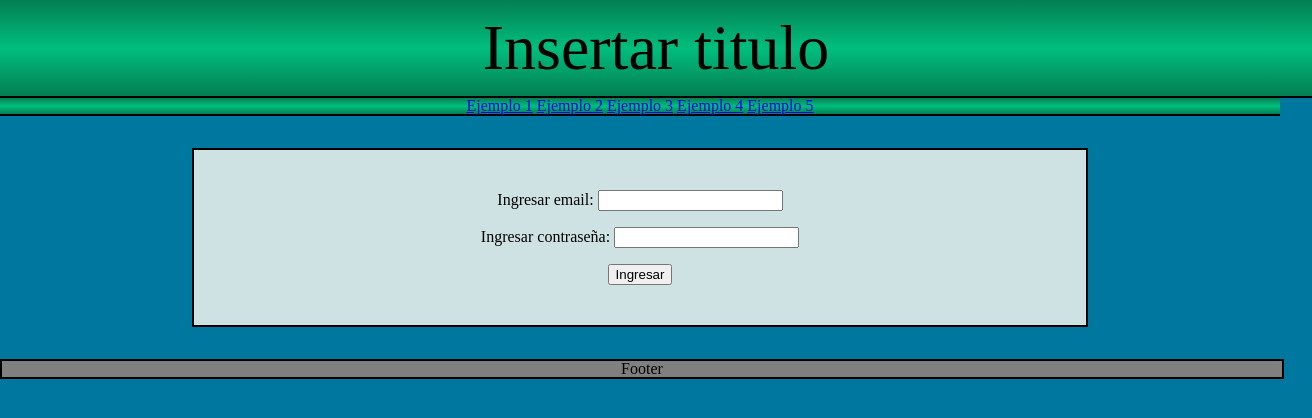
Repository: FacundoKinderknecht/Parcial-2-LPPA
Page: login/login.html
The author's editor kept a copy of each file at every save. The page is drawn from the files as they stood at one save, then again after the next save.
The browser window is 1280 px wide. The page is 1312 px wide, so the pictures cover 1312 px, including what lies to the right of the window. The pictures show the whole page.

Above is the page before, as saved 2022-07-06 10:23:29.

### login/login.html
<!DOCTYPE html>
<html lang="en">
<head>
    <meta charset="UTF-8">
    <meta http-equiv="X-UA-Compatible" content="IE=edge">
    <meta name="viewport" content="width=device-width, initial-scale=1.0">
    <title>Document</title>
    <link rel="stylesheet" href="/reset.css">
    <link rel="stylesheet" href="/login/login.css">
    <script src="/login/login.js"></script>
</head>
<body>
    <header>
        <h1>Insertar titulo</h1>
    </header>
    <nav>
        <li>
            <a href="#">Ejemplo 1</a>
            <a href="#">Ejemplo 2</a>
            <a href="#">Ejemplo 3</a>
            <a href="#">Ejemplo 4</a>
            <a href="#">Ejemplo 5</a>
        </li>
    </nav>
    <main>
        <form>
            <div class="email">
                <label for="email">Ingresar email:</label>
                <input type="text" name="email" id="email">
            </div>
            <div class="contraseña">
                <label for="contraseña">Ingresar contraseña:</label>
                <input type="password" name="contraseña" id="contraseña">
            </div>
            <div class="boton">
                <input type="submit" value="Ingresar">
            </div>
        </form>
    </main>
    <footer>
        <p>Footer</p>
    </footer>
</body>
</html>

### login/login.css
header{
    width: 100%;
    border-bottom: black 2px solid;
    padding: 1rem;
    font-size: 400%;
    background: linear-gradient(to top, rgb(4, 126, 83), rgb(0, 190, 126), rgb(4, 126, 83));
}
nav{
    background: linear-gradient(to top, rgb(4, 126, 83), rgb(0, 190, 126), rgb(4, 126, 83));
    display: block;
    border-bottom: black 2px solid;
    text-decoration: none;
}
li{
    text-decoration: none;
    list-style: none;
    color: black;
}
body{
    background-color: rgb(0, 119, 159);
    height: 100%;
    align-items: center;
    text-align: center;
    margin: 0;
}
main{
    display: inline-block;
    width: 70%;
    padding: 2rem;
}
form{
    background-color: rgb(207, 226, 227);  border: black solid 2px;
    padding: 2rem;
}
div{
    padding: 0.5rem;
}
footer{
    border: 2px solid black;
    background-color: grey;
    bottom: 0;
    width: 100%;
}

Loaded but not shown: reset.css (common file); login/login.js (no stored copy; drawn as an empty file)

After the next save:
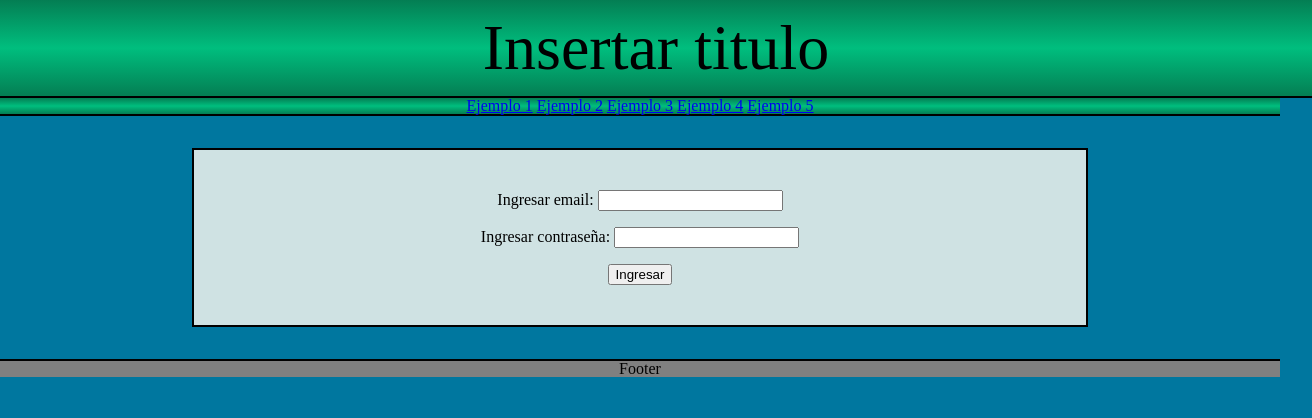
Saved 22 s later.
--- a/login/login.css
+++ b/login/login.css
@@ -36,7 +36,7 @@ div{
     padding: 0.5rem;
 }
 footer{
-    border: 2px solid black;
+    border-top: 2px solid black;
     background-color: grey;
     bottom: 0;
     width: 100%;
